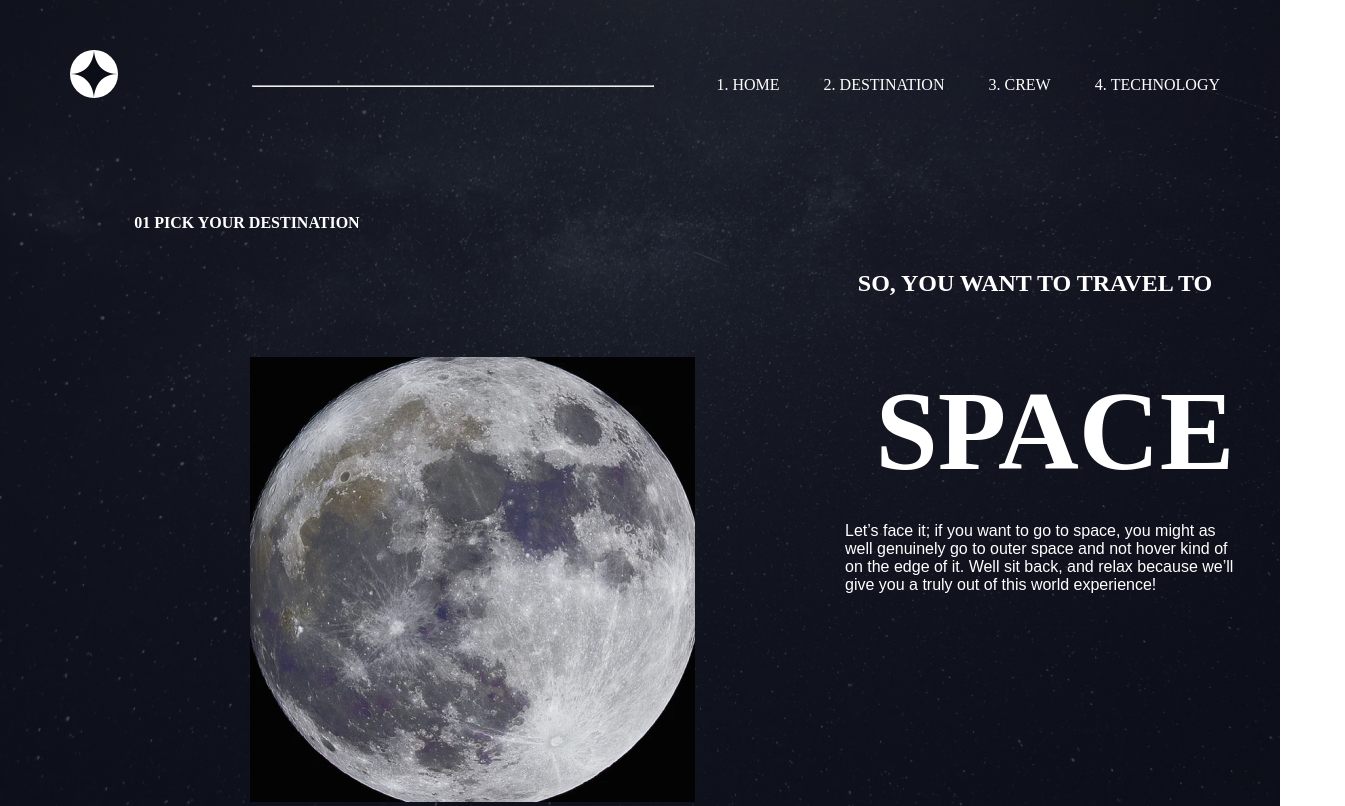
Repository: batonAnton/space_tourism
Page: destination.html
An editor plug-in stored every save of this project. The page is shown before and after the next save, followed by the edit.
The browser window is 1280 px wide. The page is 1345 px wide, then 1280 px, so the pictures cover 1345 px, including what lies to the right of the window. The pictures show the whole page.
Some web fonts or font styles are not loaded; a fallback is used.

Above is the page before, as saved 2022-05-19 17:44:34.

After the next save:
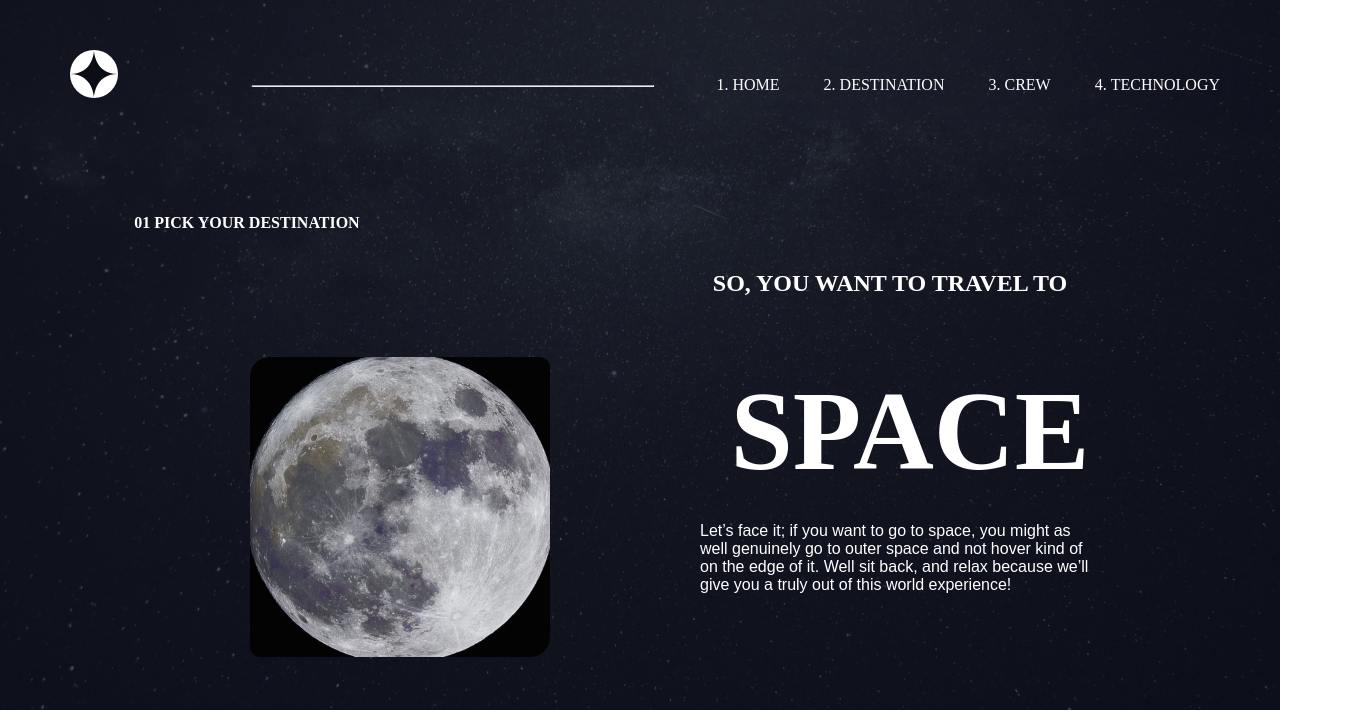
Saved 4 min 26 s later.
--- a/css/style2 .css
+++ b/css/style2 .css
@@ -93,6 +93,10 @@ li {
   font-size: 16px;
 }
 
+.planet_bg img {
+  height: 300px;
+  border-radius: 20px 10px 20px 10px;
+}
 h1,
 h2,
 p {
